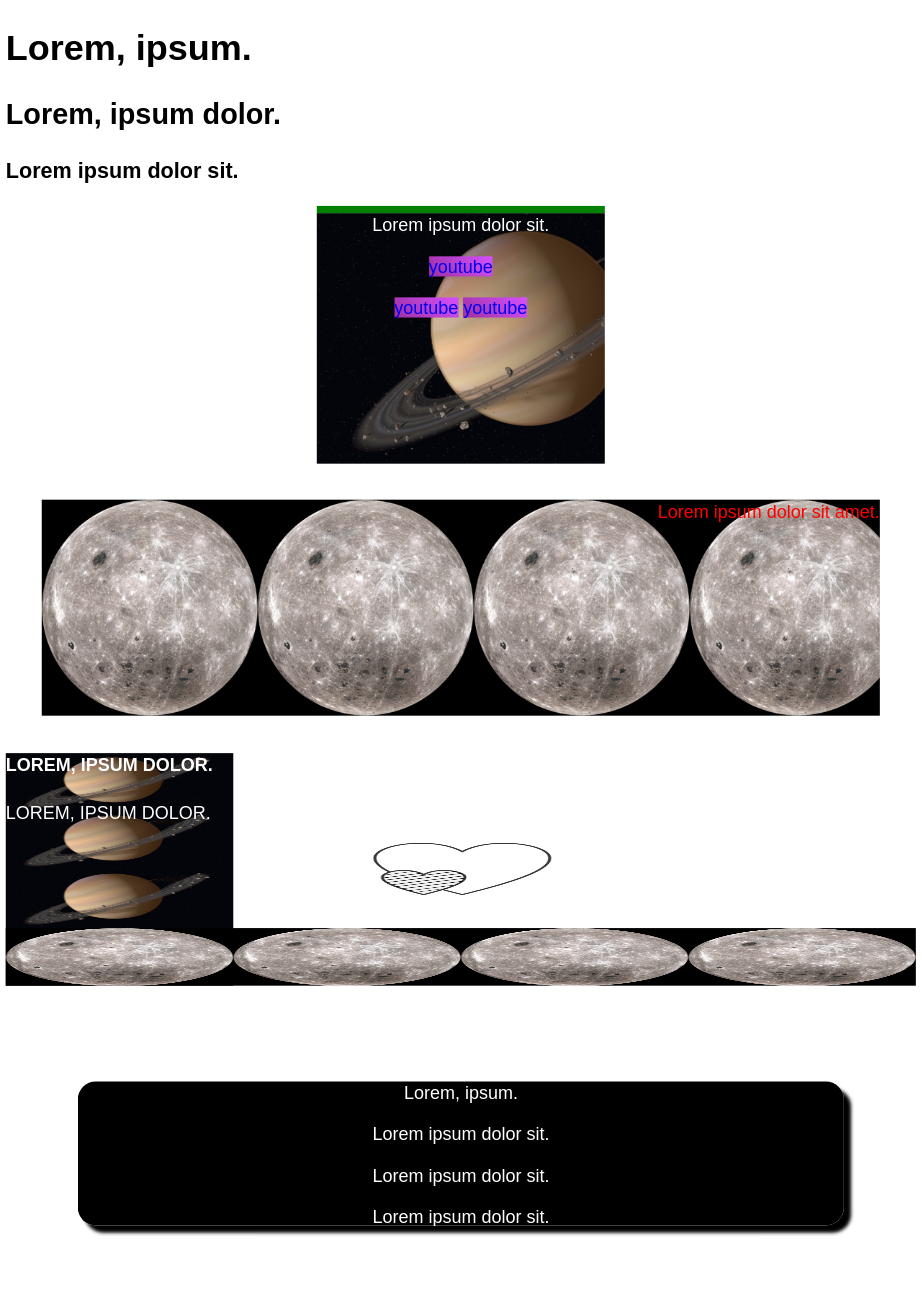
Repository: aSSasdy/assasdy.github.io
Page: index.html
These files come from the project's save history. The page is drawn as it stood at one moment and after the next save; the edit follows.
The browser window is 1280 px wide. The pictures show the whole page, at 72% of full size.

Above is the page before, as saved 2021-11-29 17:36:58.

After the next save:
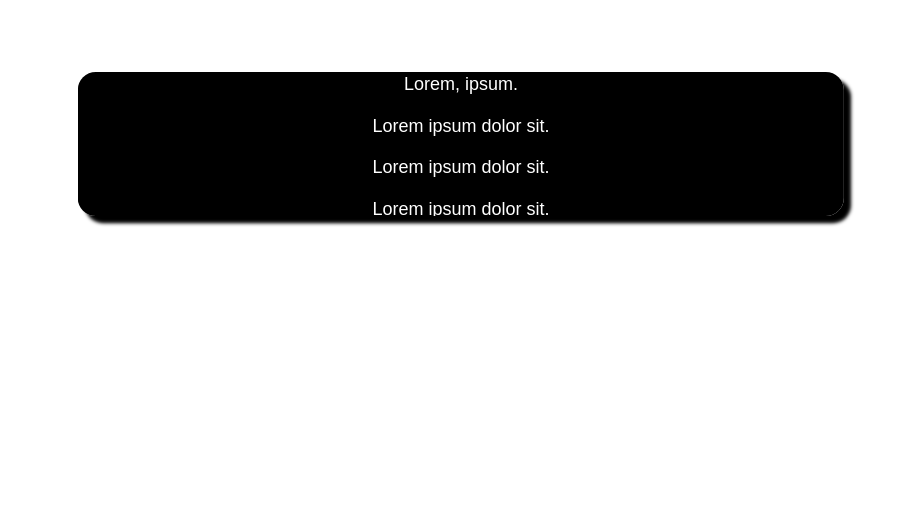
Saved 55 s later.
--- a/index.html
+++ b/index.html
@@ -8,7 +8,7 @@
     <link rel="stylesheet" href="css/style.css">
 </head>
 <body>
-    <h1>Lorem, ipsum.</h1>
+    <!-- <h1>Lorem, ipsum.</h1>
     <h2>Lorem, ipsum dolor.</h2>
     <h3>Lorem ipsum dolor sit.</h3>
     <div class="block-1__img">Lorem ipsum dolor sit.
@@ -21,7 +21,7 @@
         <h4>Lorem, ipsum dolor.</h4>
         <p>Lorem, ipsum dolor.</p>
     </div>
-    <br>
+    <br>    7ое ДЗ -->
     <div class="box-1">Lorem, ipsum.
         <p>Lorem ipsum dolor sit.</p>
         <p>Lorem ipsum dolor sit.</p>
